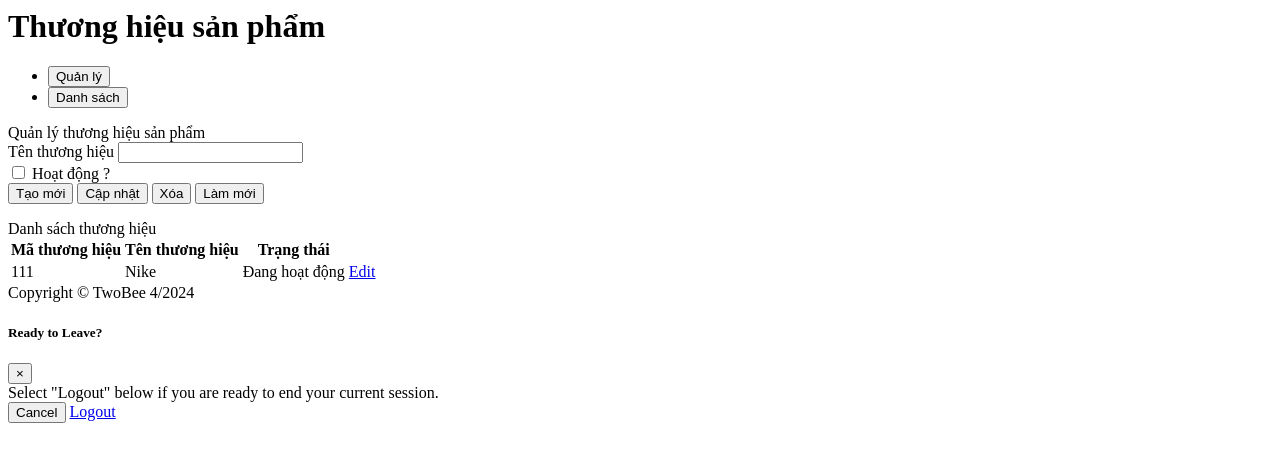
Repository: tuandh111/Java-6-asm
Page: Front-end/Java6_asm_/templates/admin/brands.html
These files come from the project's save history. The page is drawn as it stood at one moment and after the next save; the edit follows.
The browser window is 1280 px wide. The pictures show the whole page.

Above is the page before, as saved 2024-03-31 11:08:46.

### Front-end/Java6_asm_/templates/admin/brands.html
<!-- Page Wrapper -->
<div id="wrapper">

    <!-- Sidebar -->
    <ul class="navbar-nav bg-gradient-primary sidebar sidebar-dark accordion" id="accordionSidebar"
        ng-include="'component/admin/sidebar.html'">
    </ul>
    <!-- End of Sidebar -->

    <!-- Content Wrapper -->
    <div id="content-wrapper" class="d-flex flex-column">

        <!-- Main Content -->
        <div id="content">

            <!-- Topbar -->
            <nav class="navbar navbar-expand navbar-light bg-white topbar mb-4 static-top shadow"
                ng-include="'component/admin/content-nav.html'">
            </nav>
            <!-- End of Topbar -->

            <!-- Begin Page Content -->
            <div class="container-fluid">

                <!-- Page Heading -->
                <div class="d-sm-flex align-items-center justify-content-between mb-4">
                    <h1 class="h3 mb-0 text-gray-800">Thương hiệu sản phẩm</h1>
                </div>

                <div class="row mt-5">
                    <ul class="nav nav-tabs" id="manageBrands" role="tablist">
                        <li class="nav-item" role="presentation">
                            <button class="nav-link active" id="form-tab" data-bs-toggle="tab"
                                data-bs-target="#form-tab-pane-manage-brands" type="button" role="tab"
                                aria-controls="form-tab-pane-manage-brands" aria-selected="true">
                                <i class="bi bi-pencil-square"></i> Quản lý
                            </button>
                        </li>
                        <li class="nav-item" role="presentation">
                            <button class="nav-link" id="list-tab" data-bs-toggle="tab" data-bs-target="#list-tab-pane"
                                role="tab" aria-controls="list-tab-pane" aria-selected="false">
                                <i class="bi bi-list-check"></i> Danh sách
                            </button>
                        </li>
                    </ul>
                    <div class="tab-content" id="manageBrandsTabContent">
                        <div class="tab-pane fade show active" id="form-tab-pane-manage-brands" role="tabpanel"
                            aria-labelledby="form-tab" tabindex="0">
                            <div class="card">
                                <div class="card-header align-items-center text-center text-white bg-gradient-primary">
                                    Quản lý thương hiệu sản phẩm
                                </div>
                                <div class="card-body text-center">
                                    <c:url var="url" value="/admin"></c:url>
                                    <form action="#">
                                        <div class="row">
                                            <div class="col-lg-6">
                                                <div class="form-outline mb-3">
                                                    <label class="form-label" for="manageBrandsModalBrands">Tên thương
                                                        hiệu</label>
                                                    <input type="text" id="manageBrandsModalBrands" ng-model="nameBrand"
                                                        ng-value="" class="form-control" required>
                                                </div>
                                                <input type="checkbox"> Hoạt động ?
                                            </div>
                                            <!-- <div class="col-lg-6">
                                                <div class="form-outline mb-4">
                                                    <label class="form-label" for="manageBrandsModalIsActive">Hoạt động
                                                        ?</label>
                                                    <input type="checkbox" id="manageBrandsModalIsActive"
                                                        class="form-control" ng-model="isActive" ng-value=""
                                                        class="form-control">
                                                </div>
                                            </div> -->
                                        </div>
                                        <div class="d-flex justify-content-end">
                                            <button formaction="${url}/create" class="btn btn-primary m-2">Tạo
                                                mới</button>
                                            <button formaction="${url}/update" class="btn btn-primary m-2">Cập
                                                nhật</button>
                                            <button formaction="${url}/delete" class="btn btn-primary m-2">Xóa</button>
                                            <button formaction="${url}/editor-user" class="btn btn-primary m-2">Làm
                                                mới</button>
                                        </div>
                                    </form>
                                </div>
                            </div>
                        </div>
                        <div class="tab-pane fade" id="list-tab-pane" role="tabpanel" aria-labelledby="list-tab"
                            tabindex="0">
                            <div class="card">
                                <div class="card-header align-items-center text-center text-white bg-gradient-primary">
                                    Danh sách thương hiệu</div>
                                <div class="table-responsive">
                                    <table class="table table-striped table-hover">
                                        <thead>
                                            <tr>
                                                <th>Mã thương hiệu</th>
                                                <th>Tên thương hiệu</th>
                                                <th>Trạng thái</th>
                                                <th></th>
                                            </tr>
                                        </thead>
                                        <tbody>
                                            <tr>
                                                <td>111</td>
                                                <td>Nike</td>
                                                <td>Đang hoạt động</td>
                                                <td><a href="${url}/edit/${item.idUs}" class="text-info"> Edit </a>
                                                </td>
                                            </tr>
                                        </tbody>
                                    </table>
                                </div>
                            </div>
                        </div>
                    </div>
                </div>

            </div>
            <!-- /.container-fluid -->

        </div>
        <!-- End of Main Content -->

        <!-- Footer -->
        <footer class="sticky-footer bg-white">
            <div class="container my-auto">
                <div class="copyright text-center my-auto">
                    <span>Copyright &copy; TwoBee 4/2024</span>
                </div>
            </div>
        </footer>
        <!-- End of Footer -->

    </div>
    <!-- End of Content Wrapper -->

</div>
<!-- End of Page Wrapper -->

<!-- Scroll to Top Button-->
<a class="scroll-to-top rounded" href="#page-top">
    <i class="fas fa-angle-up"></i>
</a>

<!-- Logout Modal-->
<div class="modal fade" id="logoutModal" tabindex="-1" role="dialog" aria-labelledby="exampleModalLabel"
    aria-hidden="true">
    <div class="modal-dialog" role="document">
        <div class="modal-content">
            <div class="modal-header">
                <h5 class="modal-title" id="exampleModalLabel">Ready to Leave?</h5>
                <button class="close" type="button" data-dismiss="modal" aria-label="Close">
                    <span aria-hidden="true">×</span>
                </button>
            </div>
            <div class="modal-body">Select "Logout" below if you are ready to end your current session.</div>
            <div class="modal-footer">
                <button class="btn btn-secondary" type="button" data-dismiss="modal">Cancel</button>
                <a class="btn btn-primary" href="login.html">Logout</a>
            </div>
        </div>
    </div>
</div>

<!-- Bootstrap core JavaScript-->
<script src="../../assets/admin/js/vendor/jquery/jquery.min.js"></script>
<script src="../../assets/admin/js/vendor/bootstrap/js/bootstrap.bundle.min.js"></script>

<!-- Core plugin JavaScript-->
<script src="../../assets/admin/js/vendor/jquery-easing/jquery.easing.min.js"></script>

<!-- Custom scripts for all pages-->
<script src="../../assets/admin/js/sb-admin-2.min.js"></script>

Loaded but not shown: Front-end/Java6_asm_/assets/admin/js/vendor/jquery/jquery.min.js (library); Front-end/Java6_asm_/assets/admin/js/vendor/bootstrap/js/bootstrap.bundle.min.js (library); Front-end/Java6_asm_/assets/admin/js/vendor/jquery-easing/jquery.easing.min.js (common file); Front-end/Java6_asm_/assets/admin/js/sb-admin-2.min.js (common file)

After the next save:
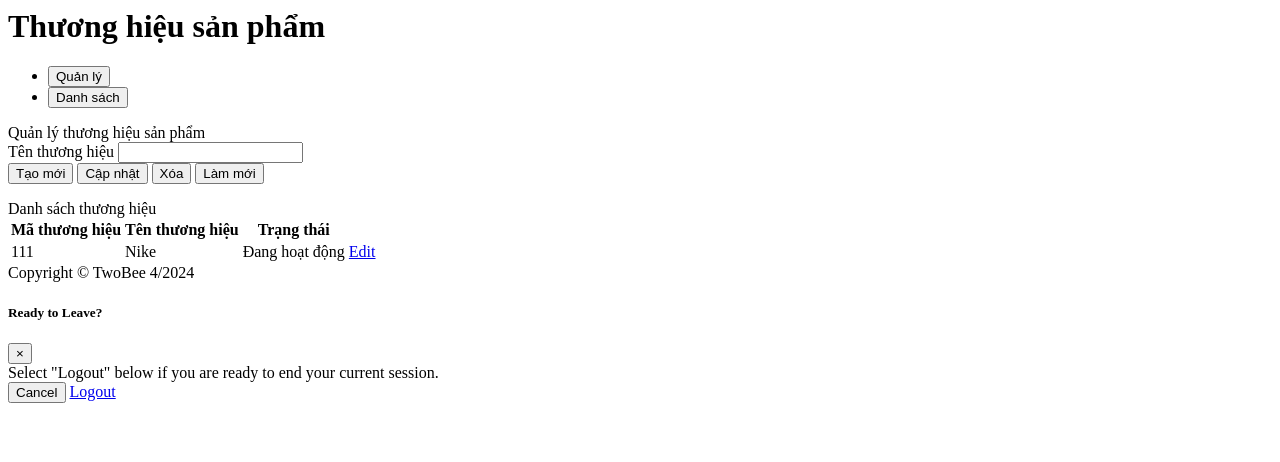
Saved 54 s later.
--- a/Front-end/Java6_asm_/templates/admin/brands.html
+++ b/Front-end/Java6_asm_/templates/admin/brands.html
@@ -56,12 +56,14 @@
                                         <div class="row">
                                             <div class="col-lg-6">
                                                 <div class="form-outline mb-3">
-                                                    <label class="form-label" for="manageBrandsModalBrands">Tên thương
+                                                    <label class="form-label" for="manageBrandsModalBrandsName">Tên
+                                                        thương
                                                         hiệu</label>
-                                                    <input type="text" id="manageBrandsModalBrands" ng-model="nameBrand"
-                                                        ng-value="" class="form-control" required>
+                                                    <input type="text" id="manageBrandsModalBrandsName"
+                                                        ng-model="nameBrand" ng-value="" class="form-control" required>
                                                 </div>
-                                                <input type="checkbox"> Hoạt động ?
+
+                                                <!-- <input type="checkbox"> Hoạt động ? -->
                                             </div>
                                             <!-- <div class="col-lg-6">
                                                 <div class="form-outline mb-4">
